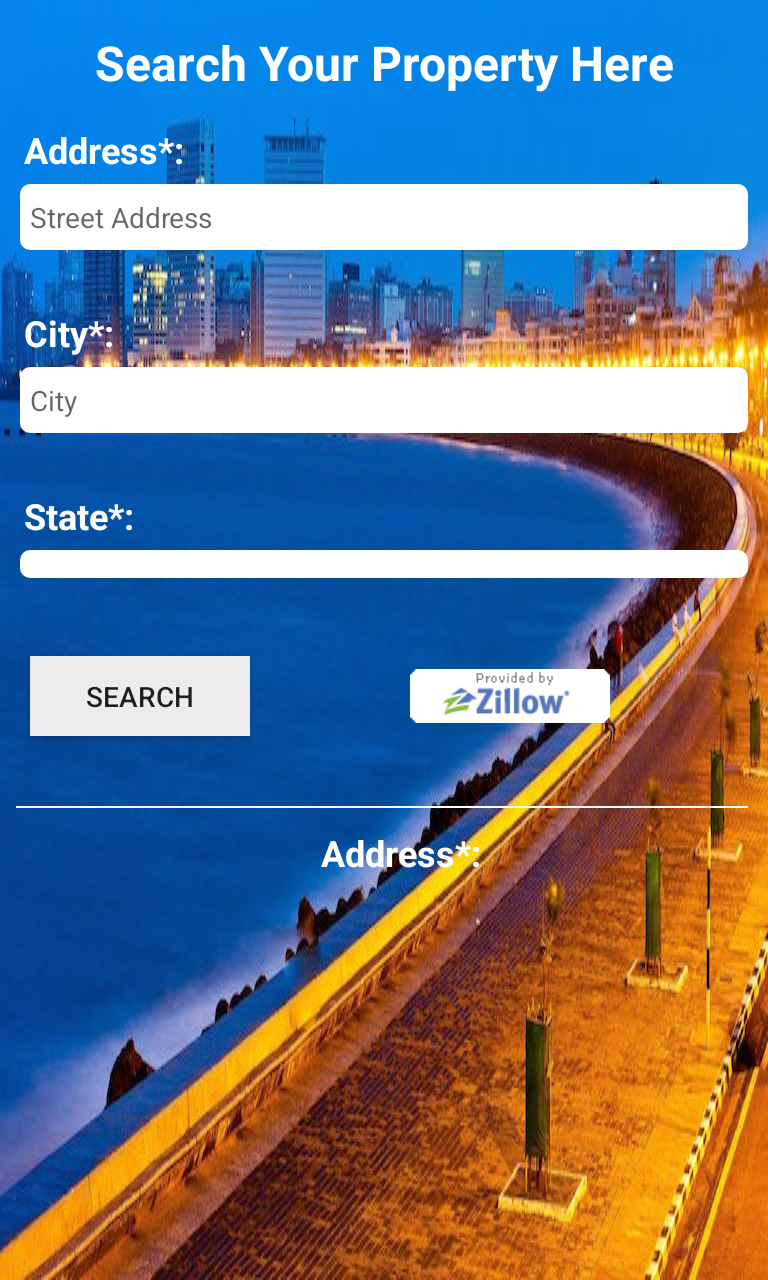
Repository: Warun26/PropertySearch
Layout: PropertySearch/res/layout/activity_main.xml
These files come from the project's save history. The layout is drawn as it stood at one moment and after the next save; the edit follows.
It is drawn on a 768 x 1280 px phone screen (xhdpi) without system bars, with theme AppTheme; the app's code is not run. The app's manifest (not shown) leaves right-to-left support off. So textAlignment, textDirection and layoutDirection are ignored, and left and right values win over start and end ones.

Above is the layout before, as saved 2014-11-24 17:37:44.

### PropertySearch/res/layout/activity_main.xml
<?xml version="1.0" encoding="utf-8"?>
<LinearLayout xmlns:android="http://schemas.android.com/apk/res/android"
    xmlns:tools="http://schemas.android.com/tools"
    android:layout_width="match_parent"
    android:layout_height="match_parent"
    android:background="@drawable/background"
    android:orientation="vertical" >

    <LinearLayout
    	android:layout_width="match_parent"
    	android:layout_height="wrap_content"
    	android:orientation="horizontal">
	    <TextView
	    	android:id="@+id/formTitle"
		    android:layout_width="match_parent"
		    android:layout_height="wrap_content"
		    android:layout_marginTop="15dp"
		    android:layout_marginBottom="5dp"
		    android:text="@string/form_title"
		    android:gravity="center_horizontal"
		    android:textStyle="bold"
		    android:textSize="24sp"
		    android:textColor="#fff" />
	</LinearLayout>

    <LinearLayout
        android:layout_width="match_parent"
        android:layout_height="wrap_content"
        android:orientation="vertical">
        <TextView
            android:id="@+id/StreetAddressLabel"
            android:layout_gravity="center_horizontal"
            android:layout_marginTop="10dp"
            android:layout_marginBottom="5dp"
            android:layout_marginStart="8dp"
            android:layout_marginLeft="8dp"
            android:layout_width="fill_parent"
            android:layout_height="wrap_content"
            android:text="@string/address"
            android:textStyle="bold"
            android:textColor="#fff"
            android:textSize="18sp" />
        <EditText
            android:id="@+id/StreetAddressInput"
            android:layout_width="fill_parent"
            android:layout_height="wrap_content"
            android:hint="@string/street_address"
            android:paddingTop="7dp"
            android:paddingBottom="7dp"
            android:paddingStart="5dp"
            android:paddingLeft="5dp"
            android:paddingEnd="5dp"
            android:layout_marginLeft="10dp"
            android:layout_marginRight="10dp"
            android:textSize="14sp"
            android:background="@drawable/editbox"/>
        <TextView
            android:id="@+id/StreetError"
            android:layout_width="fill_parent"
            android:layout_height="wrap_content"
            android:text="@string/error_message"
            android:textColor="#ff0000"
            android:layout_marginLeft="10dp"
            android:layout_marginStart="10dp"
            android:textStyle="bold"
            android:visibility="invisible" />
    </LinearLayout>

    <LinearLayout
        android:layout_width="match_parent"
        android:layout_height="wrap_content"
        android:orientation="vertical">
        <TextView
            android:id="@+id/CityLabel"
            android:layout_gravity="center_horizontal"
            android:layout_marginTop="10dp"
            android:layout_marginBottom="5dp"
            android:layout_marginStart="8dp"
            android:layout_marginLeft="8dp"
            android:layout_width="fill_parent"
            android:layout_height="wrap_content"
            android:text="@string/city_label"
            android:textStyle="bold"
            android:textColor="#fff"
            android:textSize="18sp" />
        <EditText
            android:id="@+id/CityInput"
            android:layout_width="fill_parent"
            android:layout_height="wrap_content"
            android:hint="@string/city"
            android:paddingTop="7dp"
            android:paddingBottom="7dp"
            android:paddingStart="5dp"
            android:paddingLeft="5dp"
            android:paddingEnd="5dp"
            android:layout_marginLeft="10dp"
            android:layout_marginRight="10dp"
            android:textSize="14sp"
            android:background="@drawable/editbox"/>
        <TextView
            android:id="@+id/CityError"
            android:layout_width="fill_parent"
            android:layout_height="wrap_content"
            android:text="@string/error_message"
            android:textColor="#ff0000"
            android:layout_marginLeft="10dp"
            android:layout_marginStart="10dp"
            android:textStyle="bold"
            android:visibility="invisible" />
    </LinearLayout>

    <LinearLayout
        android:layout_width="match_parent"
        android:layout_height="wrap_content"
        android:orientation="vertical">
        <TextView
            android:id="@+id/StateLabel"
            android:layout_gravity="center_horizontal"
            android:layout_marginTop="10dp"
            android:layout_marginBottom="5dp"
            android:layout_marginStart="8dp"
            android:layout_marginLeft="8dp"
            android:layout_width="fill_parent"
            android:layout_height="wrap_content"
            android:text="@string/state"
            android:textStyle="bold"
            android:textColor="#fff"
            android:textSize="18sp" />
        <Spinner
    		android:id="@+id/stateInput"
		    android:layout_width="fill_parent"
		    android:layout_height="wrap_content"
		    android:layout_marginLeft="10dp"
		    android:layout_marginRight="10dp"
		    android:paddingTop="7dp"
		    android:paddingBottom="7dp"
            android:paddingStart="5dp"
            android:paddingLeft="5dp"
            android:paddingRight="5dp"
            android:paddingEnd="5dp"
            android:textSize="14sp"
		    android:background="@drawable/editbox" />

        <TextView
            android:id="@+id/StateError"
            android:layout_width="fill_parent"
            android:layout_height="wrap_content"
            android:text="@string/error_message"
            android:textColor="#ff0000"
            android:layout_marginLeft="10dp"
            android:layout_marginStart="10dp"
            android:textStyle="bold"
            android:visibility="invisible" />
    </LinearLayout>
    <LinearLayout
        android:layout_width="wrap_content"
        android:layout_height="wrap_content"
        android:orientation="horizontal">

        <Button
            android:id="@+id/searchButton"
            android:layout_width="110dp"
            android:layout_height="40dp"
            android:text="@string/search"
            android:layout_marginLeft="15dp"
            android:layout_marginStart="7dp"
            android:layout_marginTop="20dp"
            android:paddingLeft="3dp"
            android:paddingRight="3dp"
            android:layout_weight="1"
            android:background="#ECECEC"
            android:onClick="sendZillow"/>
        <ImageView
            android:id="@+id/zillowLogo"
            android:layout_width="100dp"
            android:layout_height="80dp"
            android:src="@drawable/zillow"
            android:layout_weight="1"
            android:layout_marginLeft="80dp"
            android:layout_marginStart="80dp"
            android:contentDescription="@string/zillow_image"/>
    </LinearLayout>
    <LinearLayout
        android:layout_width="fill_parent"
        android:layout_height="1dp"
        android:layout_marginTop="15dp"
        android:layout_marginLeft="8dp"
        android:layout_marginRight="10dp"
        android:layout_marginStart="8dp"
        android:layout_marginEnd="10dp"
        android:background="#fff"
        android:orientation="horizontal"
       />
    <TextView
            android:id="@+id/NoResults"
            android:layout_gravity="center"
            android:gravity="center"
            android:layout_marginTop="10dp"
            android:layout_marginBottom="5dp"
            android:layout_marginStart="8dp"
            android:layout_marginLeft="8dp"
            android:layout_width="fill_parent"
            android:layout_height="wrap_content"
            android:text="@string/address"
            android:textStyle="bold"
            android:textColor="#fff"
            android:textSize="18sp" />
</LinearLayout>

### PropertySearch/res/values/strings.xml
<?xml version="1.0" encoding="utf-8"?>
<resources>

    <string name="app_name">PropertySearch</string>
    <string name="hello_world">Hello world!</string>
    <string name="action_settings">Settings</string>
    <string name="search">Search</string>
    <string name="title_activity_main">MainActivity</string>
    <string name="form_title">Search Your Property Here</string>
    <string name="street_address">Street Address</string>
    <string name="address">Address*:</string>
    <string name="city_label">City*:</string>
    <string name="city">City</string>
    <string name="state">State*:</string>
    <string name="zillow_image">Zillow Logo</string>
    <string name="error_message">This field is required.</string>
    <string name="body1">body1</string>
    <string name="body2">body2</string>
    <string name="previous">Previous</string>
    <string name="next">Next</string>
    <string name="more_details">See more details on Zillow:</string>
    <string name="post_facebook">Post to Facebook</string>
    <string name="cancel">Cancel</string>
    <string name="post_property_details">Post Property Details</string>
    <string-array name="states">
        <item>Choose State</item>
        <item>AL</item>
        <item>AK</item>
        <item>AZ</item>
        <item>AR</item>
        <item>CA</item>
        <item>CO</item>
        <item>CT</item>
        <item>DE</item>
        <item>DC</item>
        <item>FL</item>
        <item>GA</item>
        <item>HI</item>
        <item>ID</item>
        <item>IL</item>
        <item>IN</item>
        <item>IA</item>
        <item>KS</item>
        <item>KY</item>
        <item>LA</item>
        <item>ME</item>
        <item>MD</item>
        <item>MA</item>
        <item>MI</item>
        <item>MN</item>
        <item>MS</item>
        <item>MO</item>
        <item>MT</item>
        <item>NE</item>
        <item>NV</item>
        <item>NH</item>
        <item>NJ</item>
        <item>NM</item>
        <item>NY</item>
        <item>NC</item>
        <item>ND</item>
        <item>OH</item>
        <item>OK</item>
        <item>OR</item>
        <item>PA</item>
        <item>PA</item>
        <item>RI</item>
        <item>SC</item>
        <item>SD</item>
        <item>TN</item>
        <item>TX</item>
        <item>UT</item>
        <item>VT</item>
        <item>VA</item>
        <item>WA</item>
        <item>WV</item>
        <item>WI</item>
        <item>WY</item>
    </string-array>

    <string name="title_activity_display_property_details">Results from Zillow</string>

</resources>

### PropertySearch/res/drawable-ldpi/editbox.xml
<?xml version="1.0" encoding="UTF-8"?>

<shape xmlns:android="http://schemas.android.com/apk/res/android"
    android:shape="rectangle" >

    <solid
        android:color="#fff" >
    </solid>

    <corners
        android:radius="1dp"
        android:bottomLeftRadius="5dp"
        android:bottomRightRadius="5dp"
        android:topLeftRadius="5dp"
        android:topRightRadius="5dp" >
    </corners>

</shape>

Loaded but not shown: PropertySearch/res/values/styles.xml (common file); PropertySearch/res/values-v11/styles.xml (common file); PropertySearch/res/values-v14/styles.xml (common file)

After the next save:
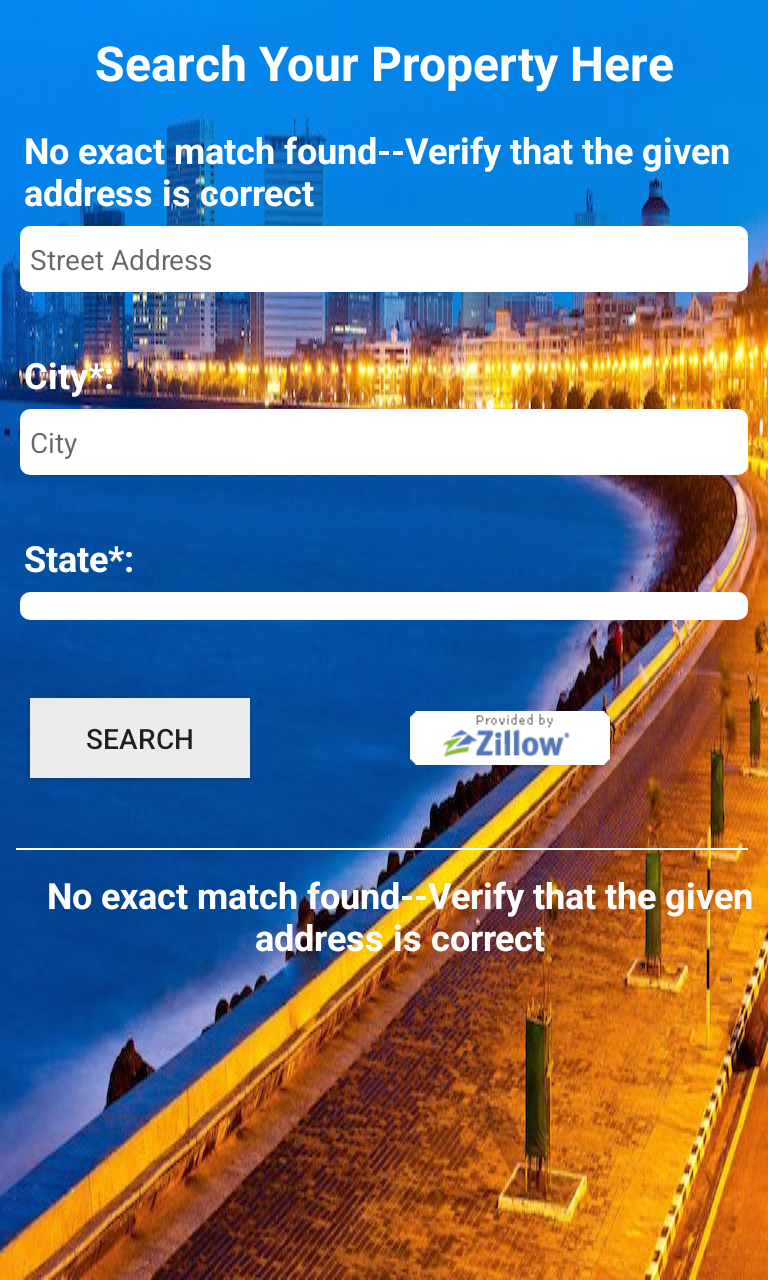
Saved 64 s later.
--- a/PropertySearch/res/values/strings.xml
+++ b/PropertySearch/res/values/strings.xml
@@ -21,6 +21,7 @@
     <string name="more_details">See more details on Zillow:</string>
     <string name="post_facebook">Post to Facebook</string>
     <string name="cancel">Cancel</string>
+    <string name="address">No exact match found--Verify that the given address is correct</string>
     <string name="post_property_details">Post Property Details</string>
     <string-array name="states">
         <item>Choose State</item>

After the save that followed:
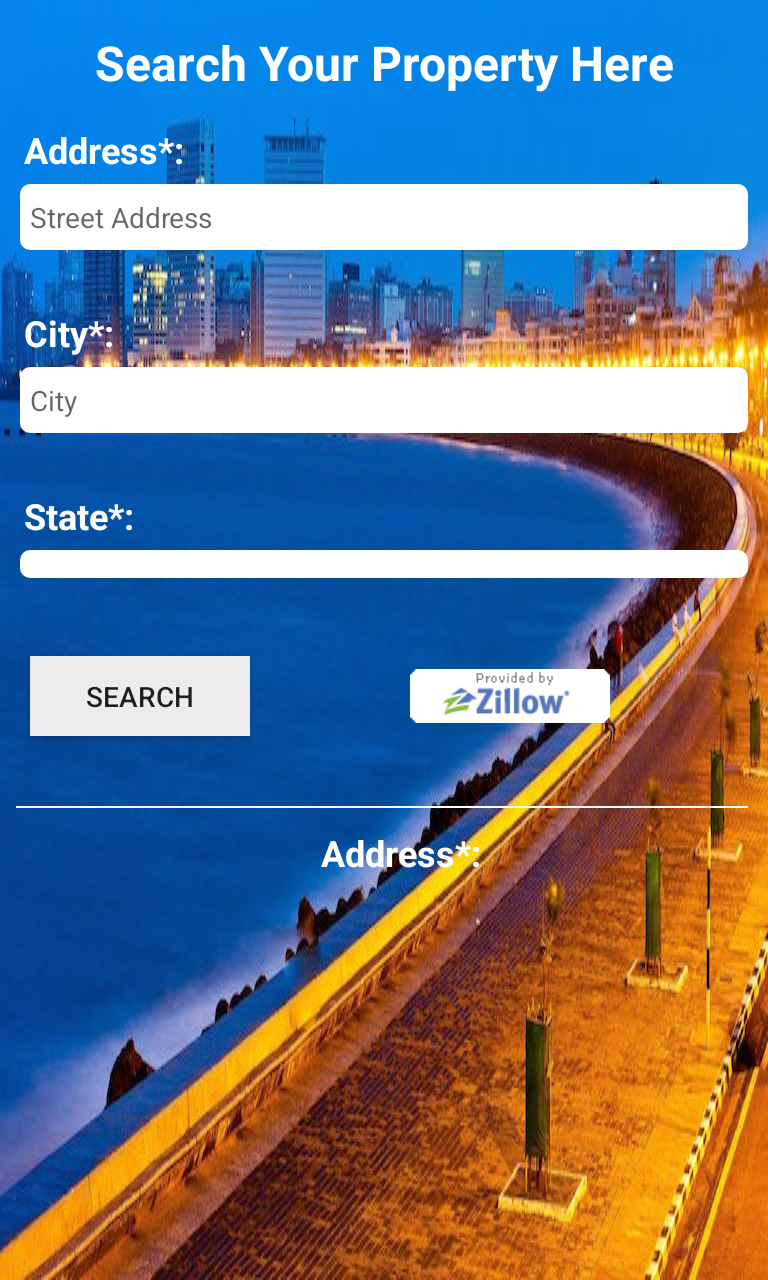
Saved 12 s later.
--- a/PropertySearch/res/values/strings.xml
+++ b/PropertySearch/res/values/strings.xml
@@ -21,7 +21,7 @@
     <string name="more_details">See more details on Zillow:</string>
     <string name="post_facebook">Post to Facebook</string>
     <string name="cancel">Cancel</string>
-    <string name="address">No exact match found--Verify that the given address is correct</string>
+    <string name="no_result">No exact match found--Verify that the given address is correct</string>
     <string name="post_property_details">Post Property Details</string>
     <string-array name="states">
         <item>Choose State</item>
